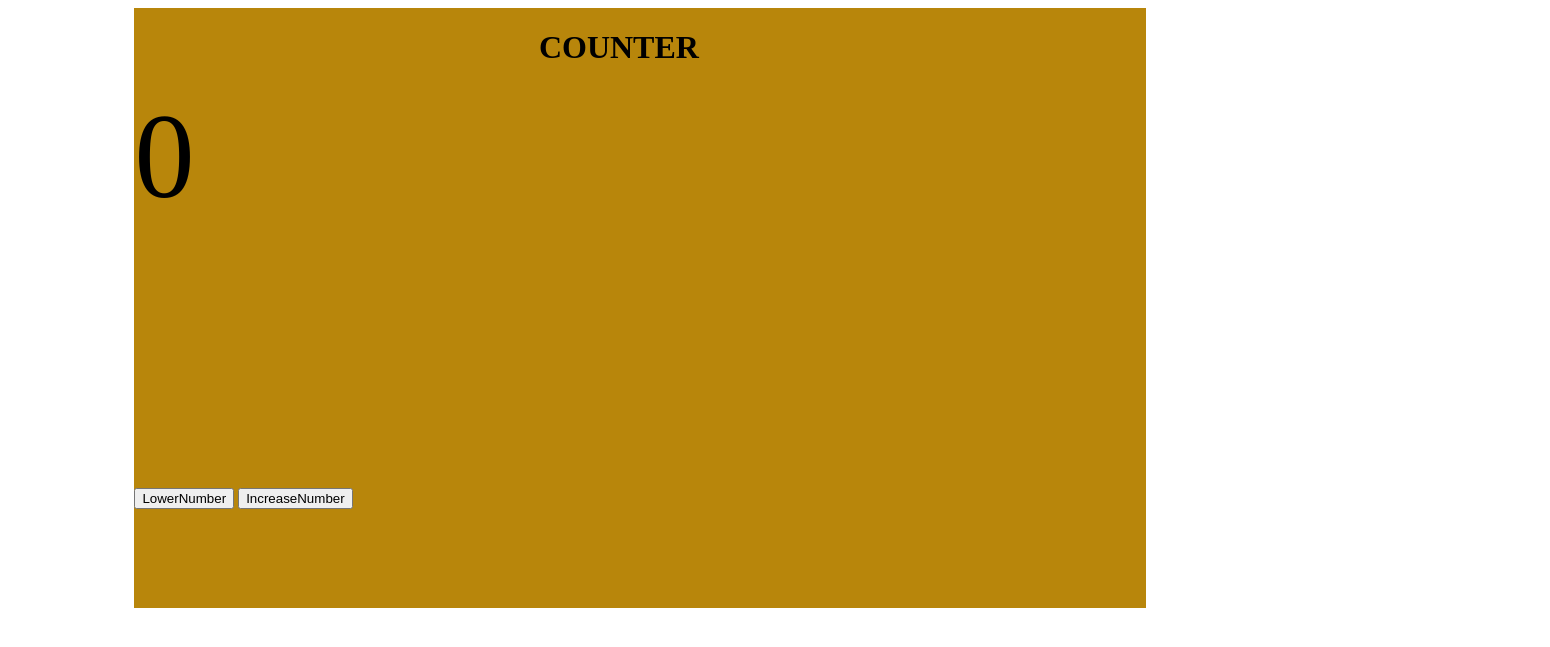
Repository: Sgalstyan06/counterNum
Page: index.html
An editor plug-in stored every save of this project. The page is shown before and after the next save, followed by the edit.
The browser window is 1280 px wide. The page is 1550 px wide, so the pictures cover 1550 px, including what lies to the right of the window. The pictures show the whole page.

Above is the page before, as saved 2022-02-14 16:52:08.

### index.html
<!DOCTYPE html>
<html lang="en">
<head>
    <meta charset="UTF-8">
    <meta http-equiv="X-UA-Compatible" content="IE=edge">
    <meta name="viewport" content="width=device-width, initial-scale=1.0">
    <title>Document</title>
    <link rel="stylesheet" href="./style.css">
</head>
<body>
    <div class="main">
        <div><h1>COUNTER</h1></div>

        <div class="result">0</div>
        <div>
            <button class="LowerNumber">LowerNumber</button>
            <button class="IncreaseNumber">IncreaseNumber</button>
        </div>
    </div>
    <script src="./script.js"></script>
</body>
</html>

### style.css
.main{
    width: 80%;
    height: 600px;
    margin: 0 auto;
    background-color: darkgoldenrod;
    display: flex;
    flex-direction: column;
}
h1{
    width: 100%;
   padding-left: 40%;
}

.result{
    width: 80%;
    height: 400px;
    font-size: 120px;
}

Loaded but not shown: script.js (no stored copy; drawn as an empty file)

After the next save:
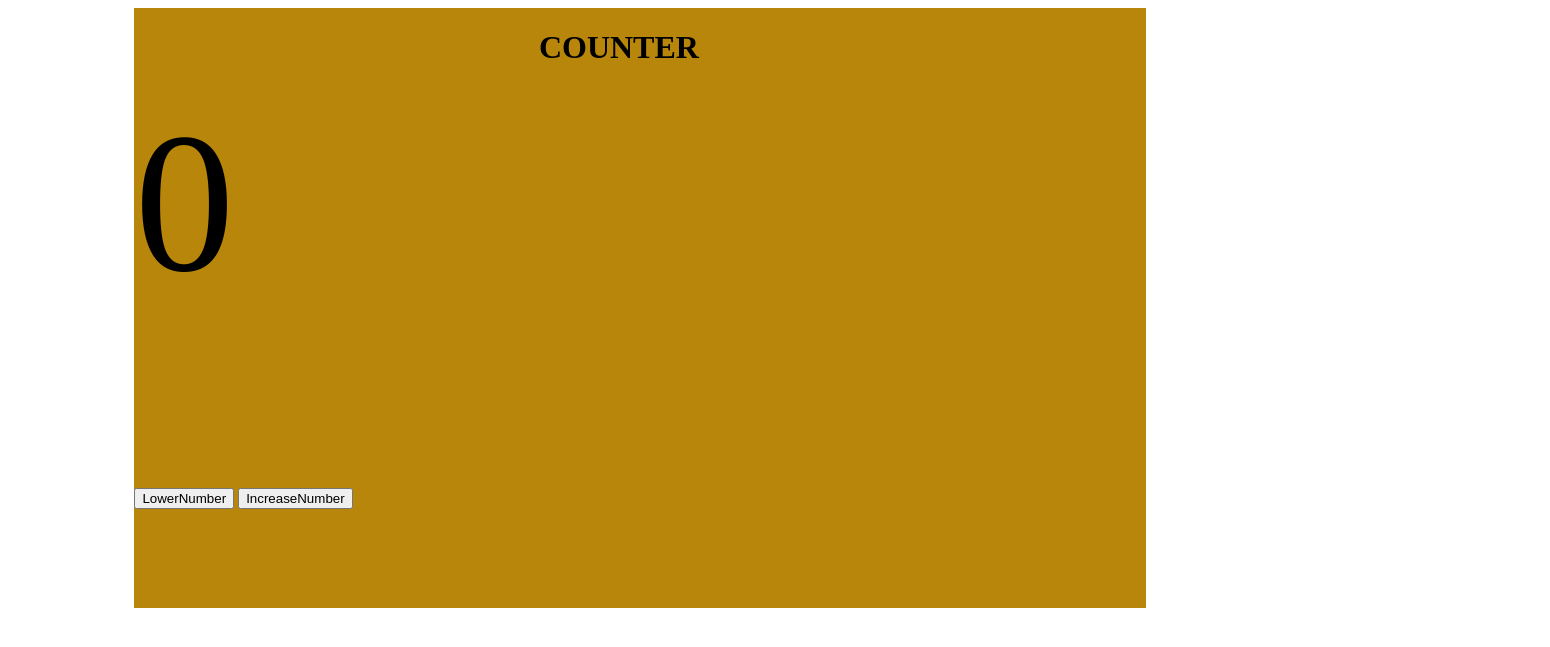
Saved 10 s later.
--- a/style.css
+++ b/style.css
@@ -14,5 +14,5 @@ h1{
 .result{
     width: 80%;
     height: 400px;
-    font-size: 120px;
+    font-size: 200px;
 }
